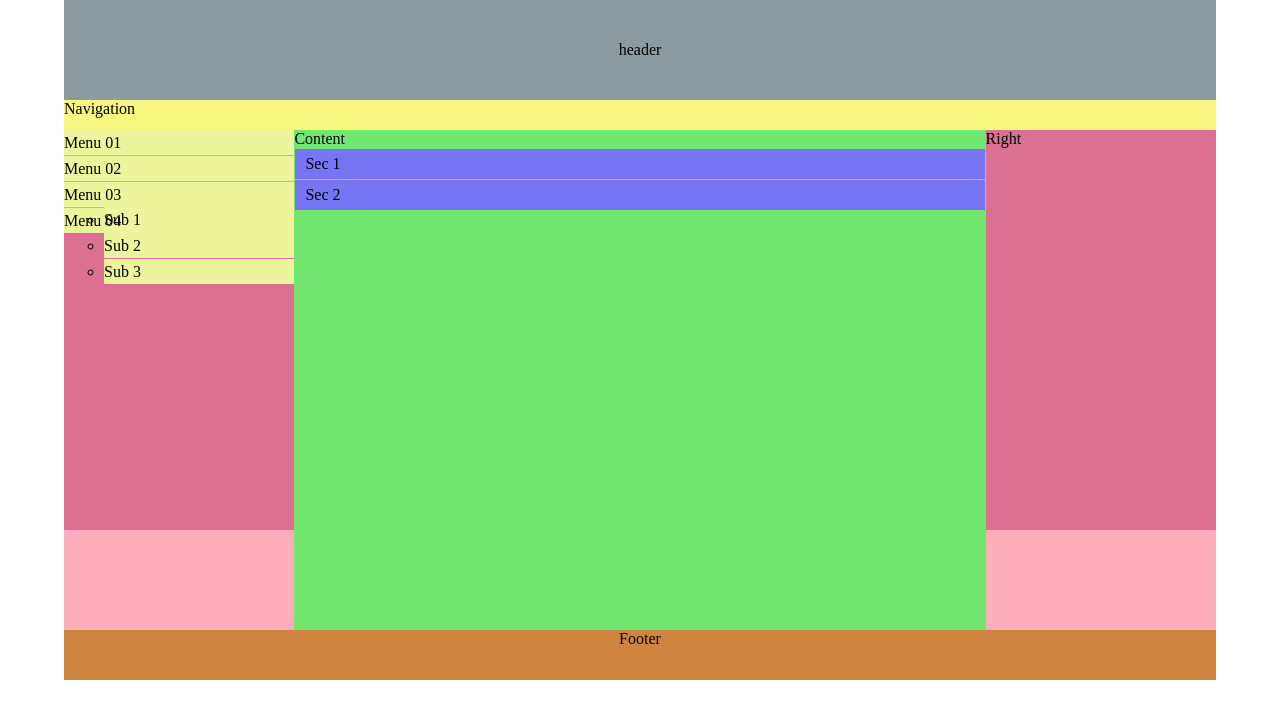
Repository: cvTuananh/Wed-famework
Page: Lab04/lab04/demo04.html
These files come from the project's save history. The page is drawn as it stood at one moment and after the next save; the edit follows.
The browser window is 1280 px wide. The pictures show the whole page.

Above is the page before, as saved 2021-09-28 19:16:33.

### Lab04/lab04/demo04.html
<!DOCTYPE html>
<html lang="en">
<head>
    <meta charset="UTF-8">
    <meta http-equiv="X-UA-Compatible" content="IE=edge">
    <meta name="viewport" content="width=device-width, initial-scale=1.0">
    <title>Document</title>
    <link rel="stylesheet" href="demo04.css">
</head>
<body>
    <div class="container">
        <header>header</header>
        <nav>Navigation</nav>
        <aside>
            <ul class="menu">
                <li>Menu 01</li>
                <li>Menu 02</li>
                <li>Menu 03
                    <ul>
                        <li>Sub 1</li>
                        <li>Sub 2</li>
                        <li>Sub 3</li>
                    </ul>
                </li>
                <li>Menu 04</li>
            </ul>
        </aside>
        <article>Content
            <section>Sec 1</section>
            <section>Sec 2</section>
        </article>
        <aside>Right</aside>
        <footer>Footer</footer>
    </div>
</body>
</html>

### Lab04/lab04/demo04.css
body {
    padding : 0 ;
    margin : 0 ;
}
.container{
    background-color: #ffaebe;
    width: 90%;
    padding: 0;
    margin: 0 auto;

}

header{
    background-color: rgb(141, 155, 160);
    height: 100px;
    line-height: 100px;
    text-align: center;
}
nav{
    background-color: rgb(248, 248, 128);
    height: 30px;
}
aside{
    background-color: palevioletred;
    min-height: 400px;
    width:20%;
    float: left; /* sap xep thanh hang */

}
article{
    float: left; /* sap xep thanh hang */
    background-color: rgb(113, 230, 113);
    min-height: 500px;
    width:60%;
}
footer{
    background-color: peru;
    height: 50px;
    text-align: center;
    clear: both;
}
section{
    background-color: rgb(118, 118, 245);
    line-height: 30px;
    height: 30px;
    padding-left: 10px;
    margin: 1px;
}
.menu{
    padding:0%;
    list-style: none;
    margin: 0;
    background-color: rgb(107, 212, 226);
}
.menu li{
    background-color: rgb(236, 245, 156);
    margin-bottom: 1px;
    height: 25px;
    line-height: 25px;
}

.menu li:hover{
    background-color: purple;
}
.sub-menu{
    margin:  0 0 0 0;
    position: absolute;
}

After the next save:
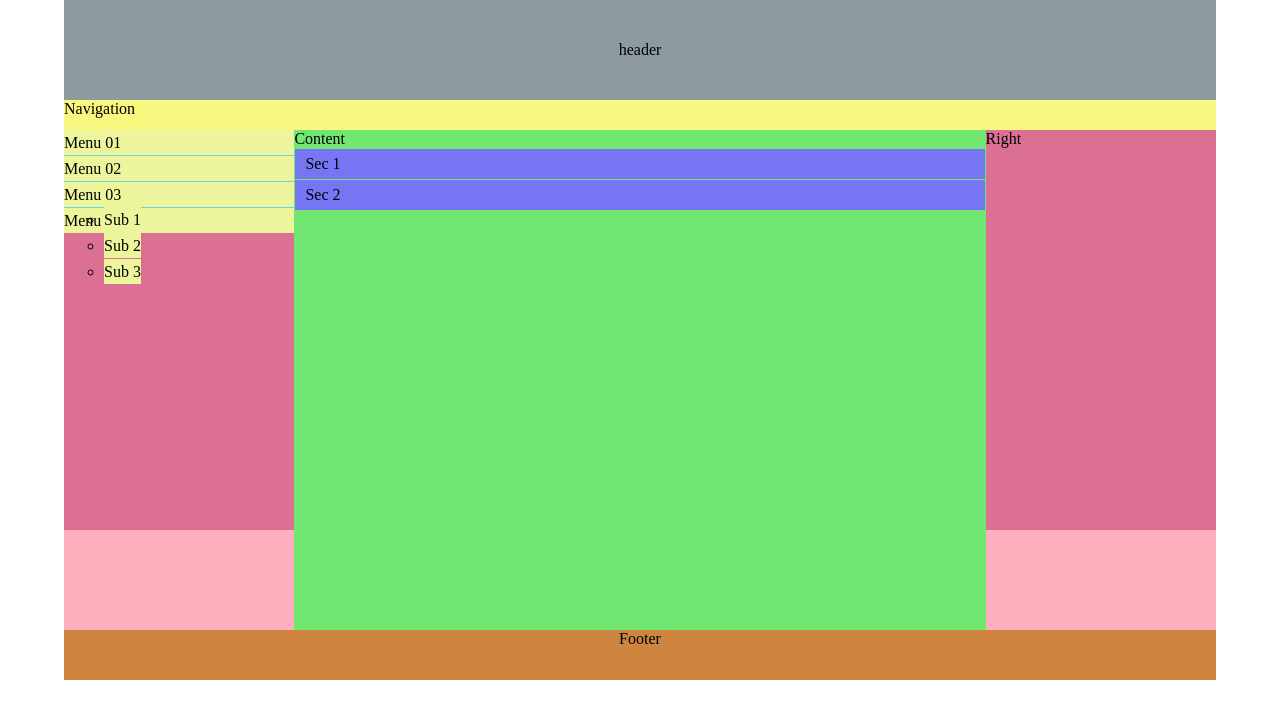
Saved 15 s later.
--- a/Lab04/lab04/demo04.html
+++ b/Lab04/lab04/demo04.html
@@ -16,7 +16,7 @@
                 <li>Menu 01</li>
                 <li>Menu 02</li>
                 <li>Menu 03
-                    <ul>
+                    <ul class="sub-menu">
                         <li>Sub 1</li>
                         <li>Sub 2</li>
                         <li>Sub 3</li>
